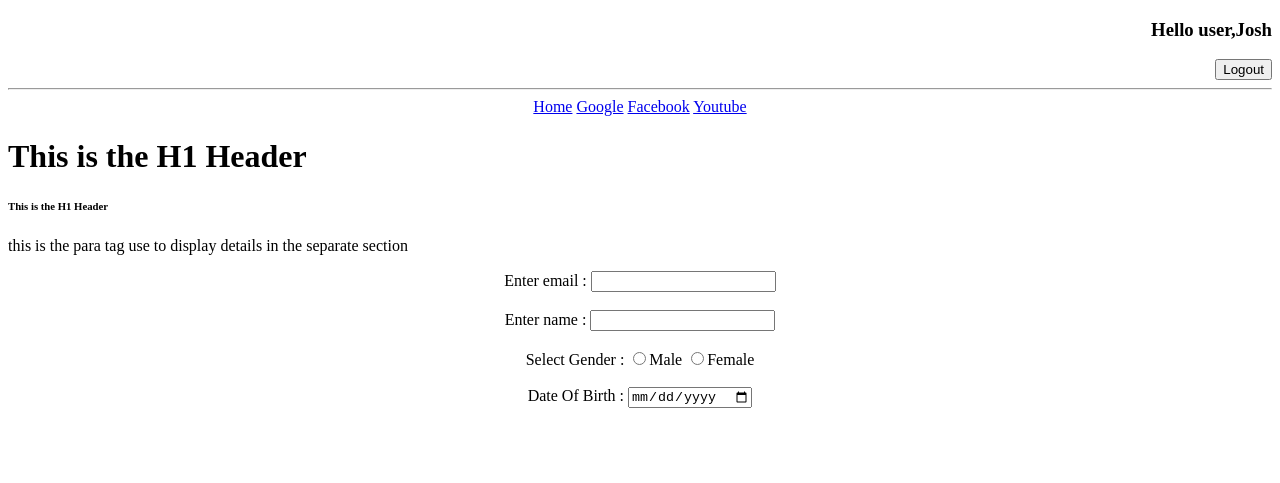
Repository: devandevare/Java
Page: Adv Java/Projects/first-web-app/src/main/webapp/demo.html
An editor plug-in stored every save of this project. The page is shown before and after the next save, followed by the edit.
The browser window is 1280 px wide. The pictures show the whole page.

Above is the page before, as saved 2022-09-25 05:54:04.

### Adv Java/Projects/first-web-app/src/main/webapp/demo.html
<!DOCTYPE html>
<html>
	<head>
	<meta charset="ISO-8859-1">
	<title> Html Revision</title>
	</head>
	<body>
		<div align="right">
			<h3>Hello user,Josh</h3>
			<button>Logout</button>
		</div>
		<hr>
	<div align="center">
	<a href="#">Home</a>
	<a href="https://www.google.com">Google</a>
	<a href="https://ww.facebook.com">Facebook</a>
	<a href="https://www.youtube.com">Youtube</a>


	</div>
		<h1>This is the H1 Header</h1>
		<h6>This is the H1 Header</h6>

		<p>
		this is the para tag use to display details in the separate section
		</p>

		<div align="center">
		<form action="" method="get">
		<label>Enter email :</label>
		<input type="email" name="email"> </input>
		<br/>
		<br/>
			<label>Enter name :</label>
		<input type="text" name="name"> </input>
		<br/>
		<br/>
			<label>Select Gender :</label>
		<input type="radio" name="gender" value="Male">Male </input>
		<input type="radio" name="gender" value="Female">Female </input>
		<br/>
		<br/>
			<label>Date Of Birth :</label>
		<input type="date" name="dob" />
		</form>
		</div>



	</body>
</html>

After the next save:
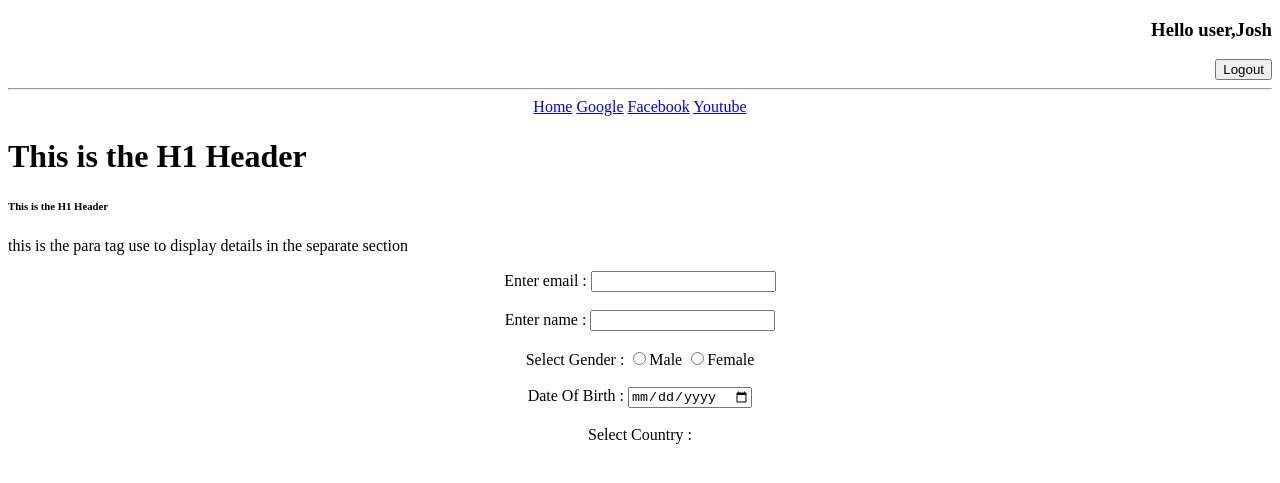
Saved 46 s later.
--- a/Adv Java/Projects/first-web-app/src/main/webapp/demo.html
+++ b/Adv Java/Projects/first-web-app/src/main/webapp/demo.html
@@ -42,6 +42,9 @@
 		<br/>
 			<label>Date Of Birth :</label>
 		<input type="date" name="dob" />
+		<br/>
+		<br/>
+			<label>Select Country :</label>
 		</form>
 		</div>
 
